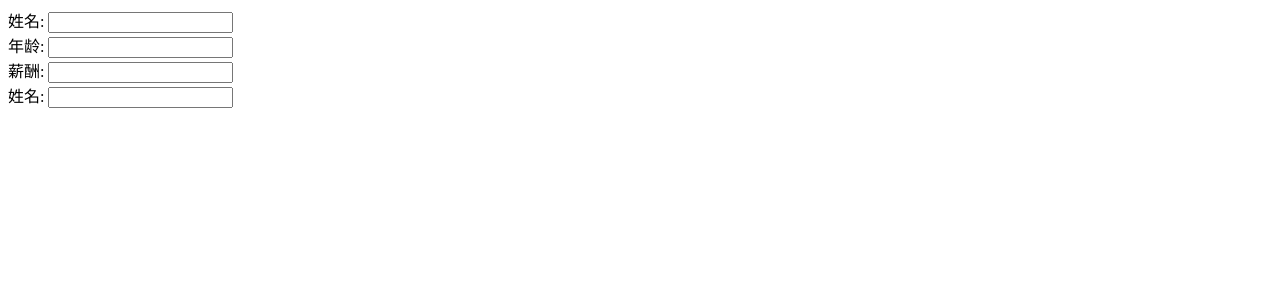
Repository: qyl1006/JavaApps
Page: http://localhost/web-045-tomcat-crud/student?cmd=edit
An editor plug-in stored every save of this project. The page is shown before and after the next save, followed by the edit.
The browser window is 1280 px wide. The pictures show the whole page.
The page is served by Tomcat 9.

Above is the page before, as saved 2018-03-05 07:03:10.

After the next save:
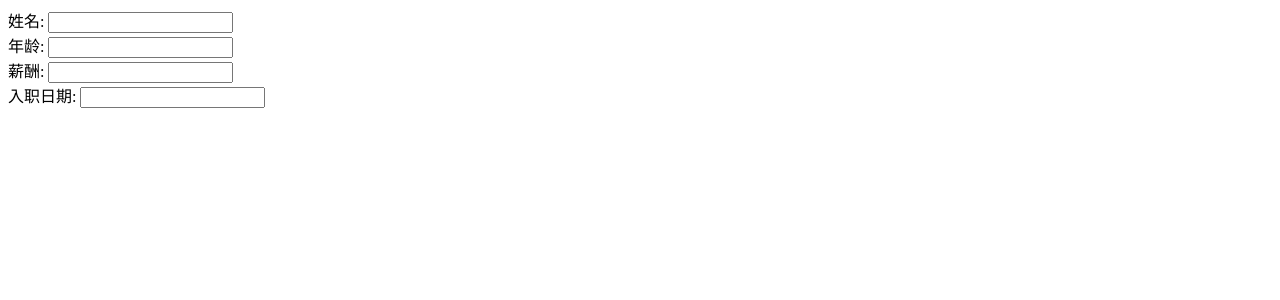
Saved 8 s later.
--- a/workspace/web-045-tomcat-crud/webapp/WEB-INF/views/student/edit.jsp
+++ b/workspace/web-045-tomcat-crud/webapp/WEB-INF/views/student/edit.jsp
@@ -12,6 +12,6 @@
 	姓名: <input type="text" name="name" value=""/><br>
 	年龄: <input type="number" name="age" value=""/><br>
 	薪酬: <input type="number" name="salary" value=""/><br>
-	姓名: <input type="text" name="name" value=""/><br>
+	入职日期: <input type="text" name="name" value=""/><br>
 </body>
 </html>
